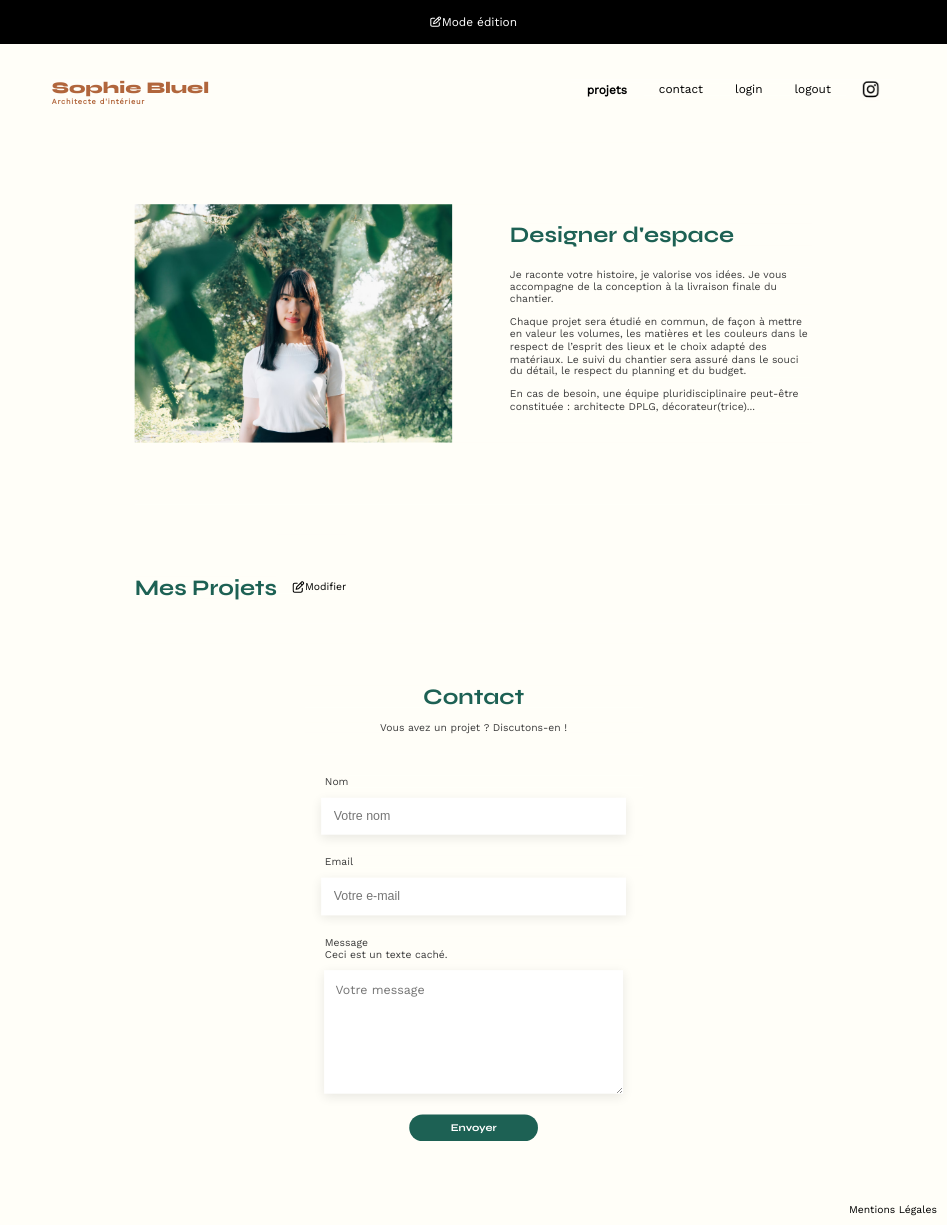
Repository: BlueSoley23/openclassrooms
Page: FrontEnd/index.html
These files come from the project's save history. The page is drawn as it stood at one moment and after the next save; the edit follows.
The browser window is 1280 px wide. The pictures show the whole page, at 74% of full size.
The page's requests for data from a server got no answer.

Above is the page before, as saved 2023-12-21 05:26:08.
Console error: TypeError: categories is not iterable

After the next save:
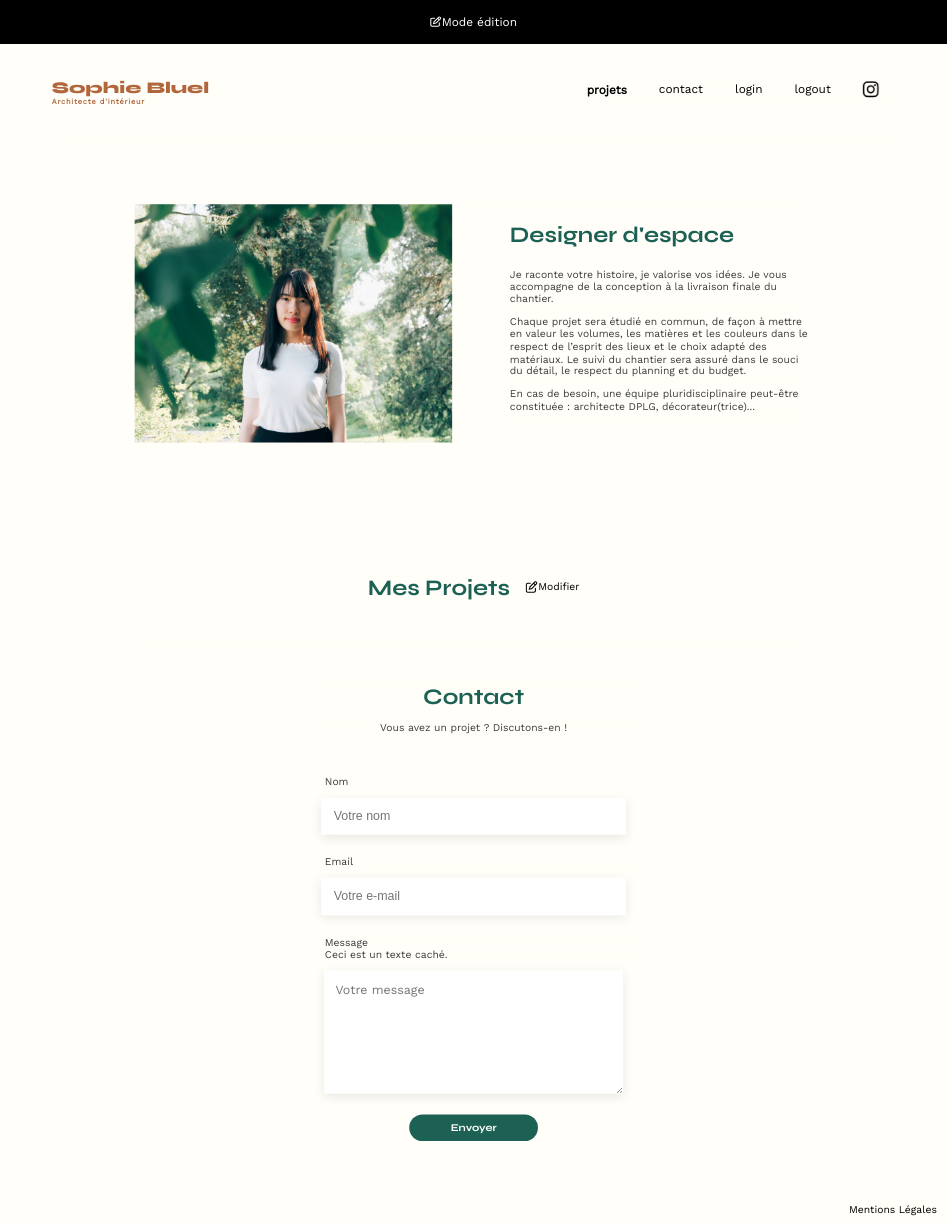
Saved 82 s later.
--- a/FrontEnd/assets/css/style.css
+++ b/FrontEnd/assets/css/style.css
@@ -580,8 +580,9 @@
 	  .portfolio__title--section {
 		display: flex;
 		flex-direction: row;
-		align-items: center;
-/*		margin: 0 20vw;*/
+		justify-content: center;
+		justify-content: center;
+		align-items: center;/*		margin: 0 20vw;*/
 	  }
 
 	  .modifier-link__content {
